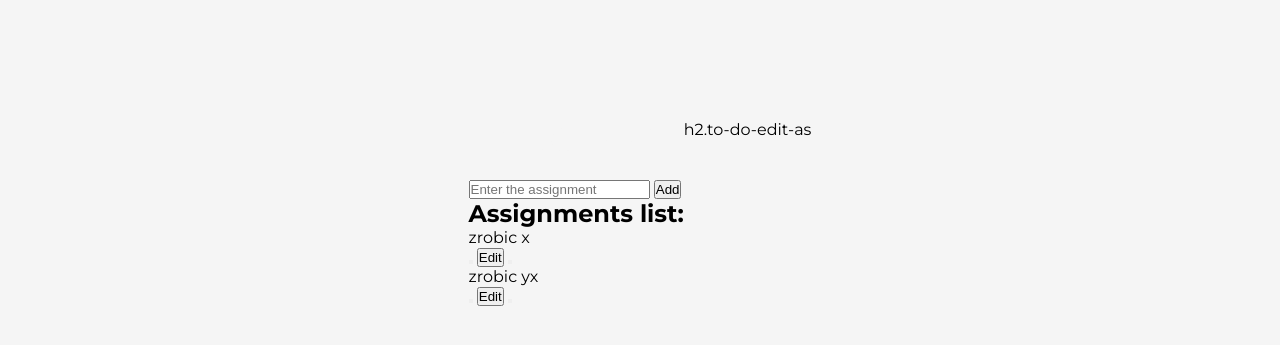
Repository: kimi1723/To-do-app
Page: index.html
The author's editor kept a copy of each file at every save. The page is drawn from the files as they stood at one save, then again after the next save.
The browser window is 1280 px wide. The pictures show the whole page.
Some web libraries are served in a nearby version.

Above is the page before, as saved 2023-03-31 10:49:35.
Console error: TypeError: Cannot read properties of null (reading 'addEventListener')

After the next save:
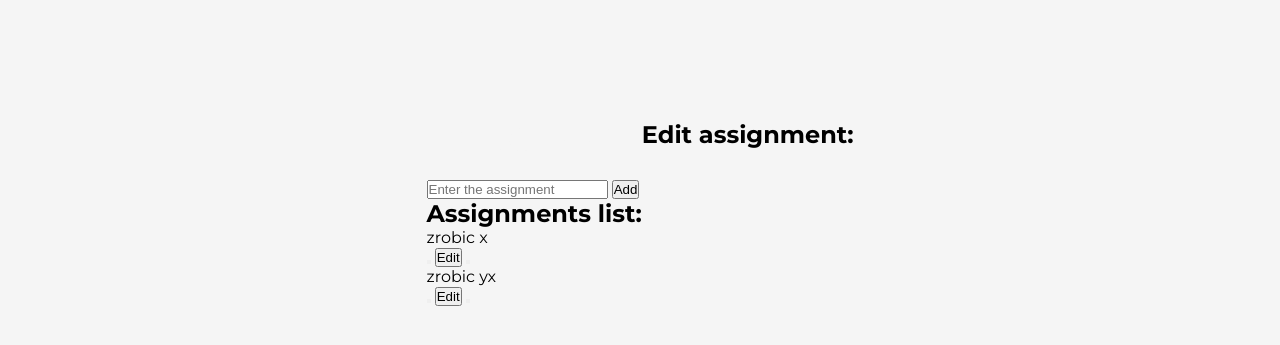
Saved 7 s later.
--- a/index.html
+++ b/index.html
@@ -49,7 +49,7 @@
     </main>
 
     <div class="to-do-edit-assignment">
-        h2.to-do-edit-as
+        <h2 class="to-do-edit-assignment__heading">Edit assignment:</h2>
     </div>
 
     <script src="/dist/js/app.min.js"></script>
